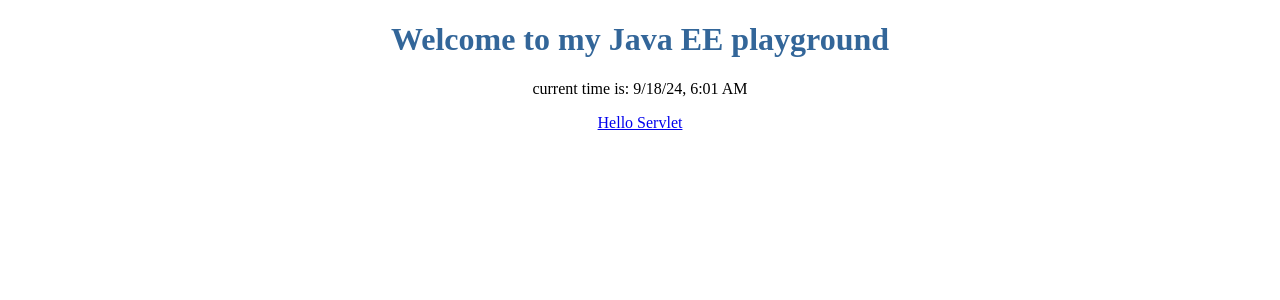
Repository: zoooolander/systex_prac_javaee
Page: http://localhost/myWeb/
An editor plug-in stored every save of this project. The page is shown before and after the next save, followed by the edit.
The browser window is 1280 px wide. The pictures show the whole page.
The page is served by Tomcat 10.

Above is the page before, as saved 2024-09-19 01:38:34.

After the next save:
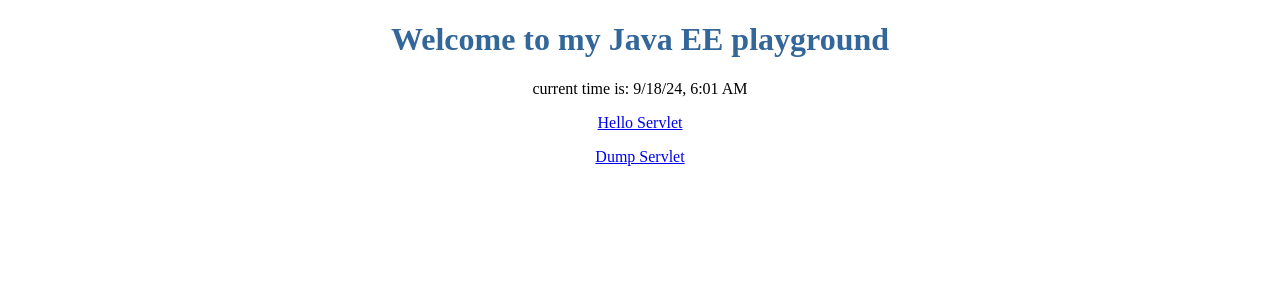
Saved 2 min 14 s later.
--- a/myWeb/src/main/webapp/index.jsp
+++ b/myWeb/src/main/webapp/index.jsp
@@ -14,6 +14,11 @@
 	<p>
 		current time is:
 		<%=SimpleDateFormat.getInstance().format(new Date())%></p>
-	<p><a href="admin/hello.aspx">Hello Servlet</a></p>
+	<p>
+		<a href="admin/hello.aspx">Hello Servlet</a>
+	</p>
+	<p>
+		<a href="admin/dump.view">Dump Servlet</a>
+	</p>
 </body>
 </html>
